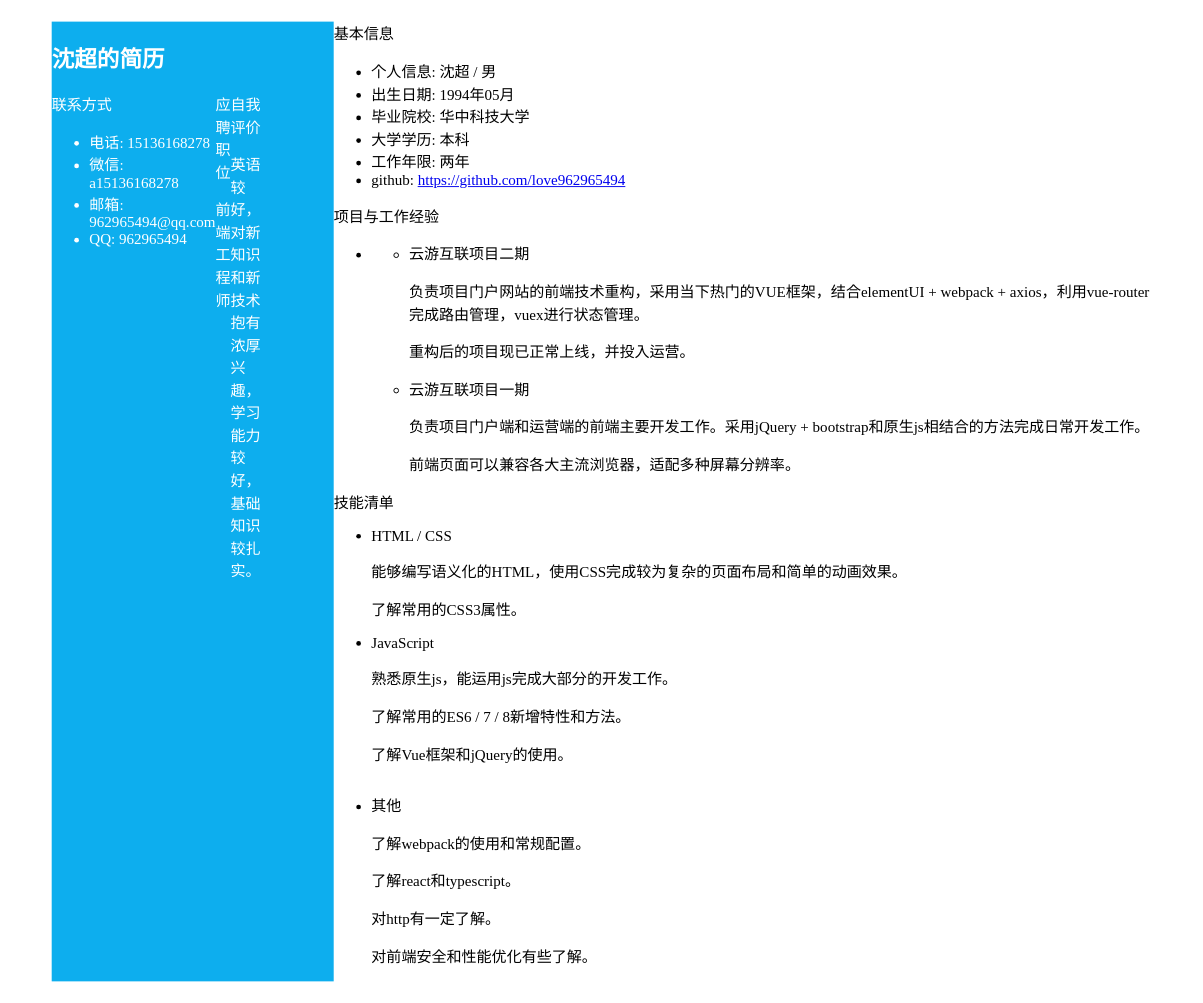
Repository: love962965494/my-resume
Page: index.html
The author's editor kept a copy of each file at every save. The page is drawn from the files as they stood at one save, then again after the next save.
The browser window is 1280 px wide. The pictures show the whole page, at 94% of full size.
The style sheet was rebuilt from its Sass, Less or Tailwind sources for each picture, by a compiler version that may differ from the author's.

Above is the page before, as saved 2018-09-02 17:14:14.

After the next save:
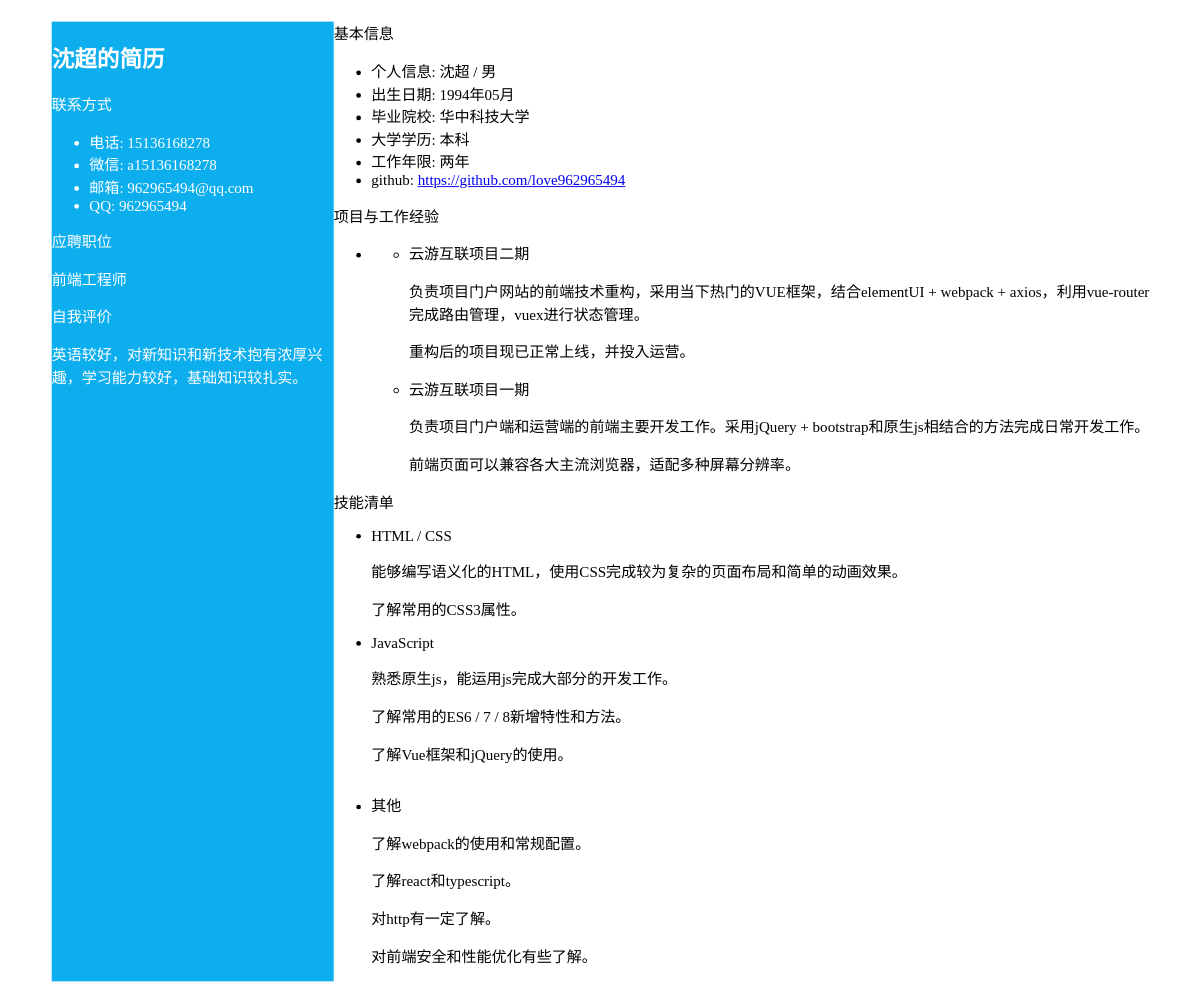
Saved 16 s later.
--- a/styles/myResume.scss
+++ b/styles/myResume.scss
@@ -35,4 +35,16 @@
   &--title {
     @include row();
   }
+
+  &--contact {
+    @include row();
+  }
+
+  &--application {
+    @include row();
+  }
+
+  &--evaluation {
+    @include row();
+  }
 }
